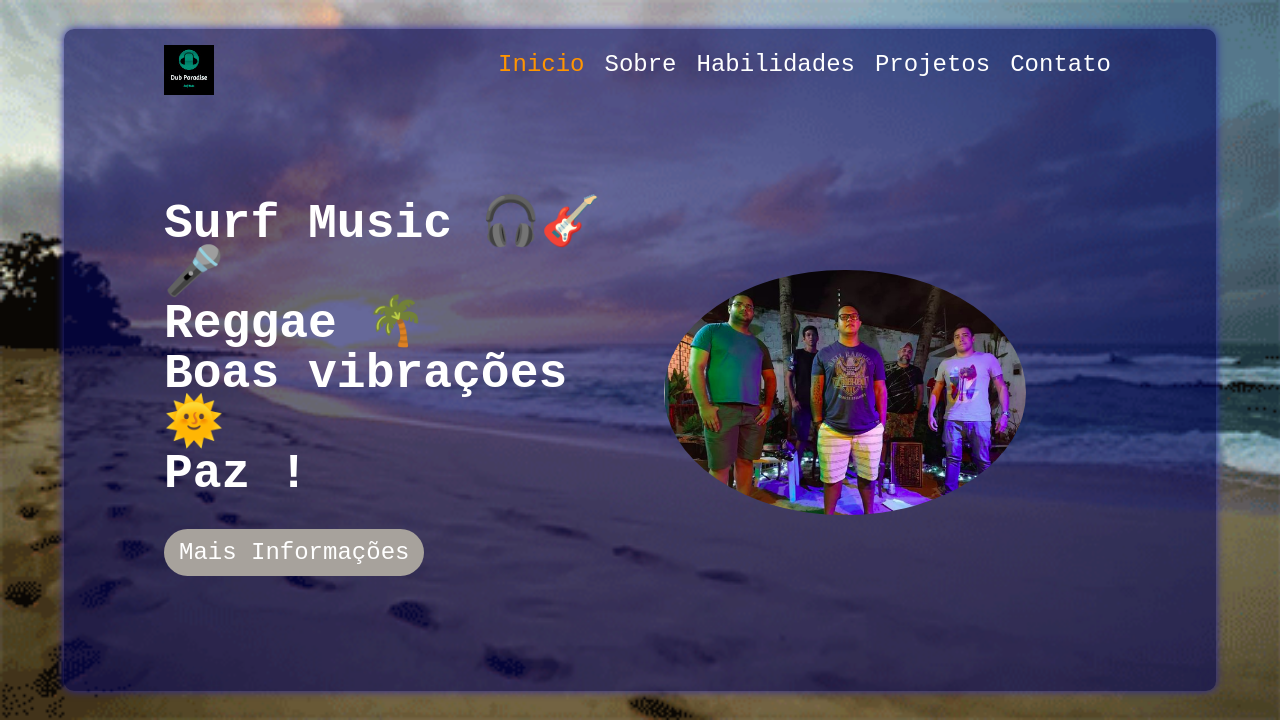
Repository: DubParadise/dubParadise
Page: /
The author's editor kept a copy of each file at every save. The page is drawn from the files as they stood at one save, then again after the next save.
The browser window is 1280 px wide. The pictures show the whole page.
The project was rebuilt for these pictures with package versions that can differ from the ones it lists, and the page was loaded fresh each time. Also part of the build but not shown: src/components/Sobre/style.css, src/components/Sobre/index.jsx, src/components/Skills/index.jsx, src/ObjProjects/index.jsx, src/components/ProjectsSlider/Arrows.jsx, src/components/ProjectsSlider/SliderContent.jsx, src/components/ProjectsSlider/slider.css, src/components/ProjectsSlider/Slider.jsx and 2 more.

Above is the page before, as saved 2021-04-17 11:53:42.

After the next save:
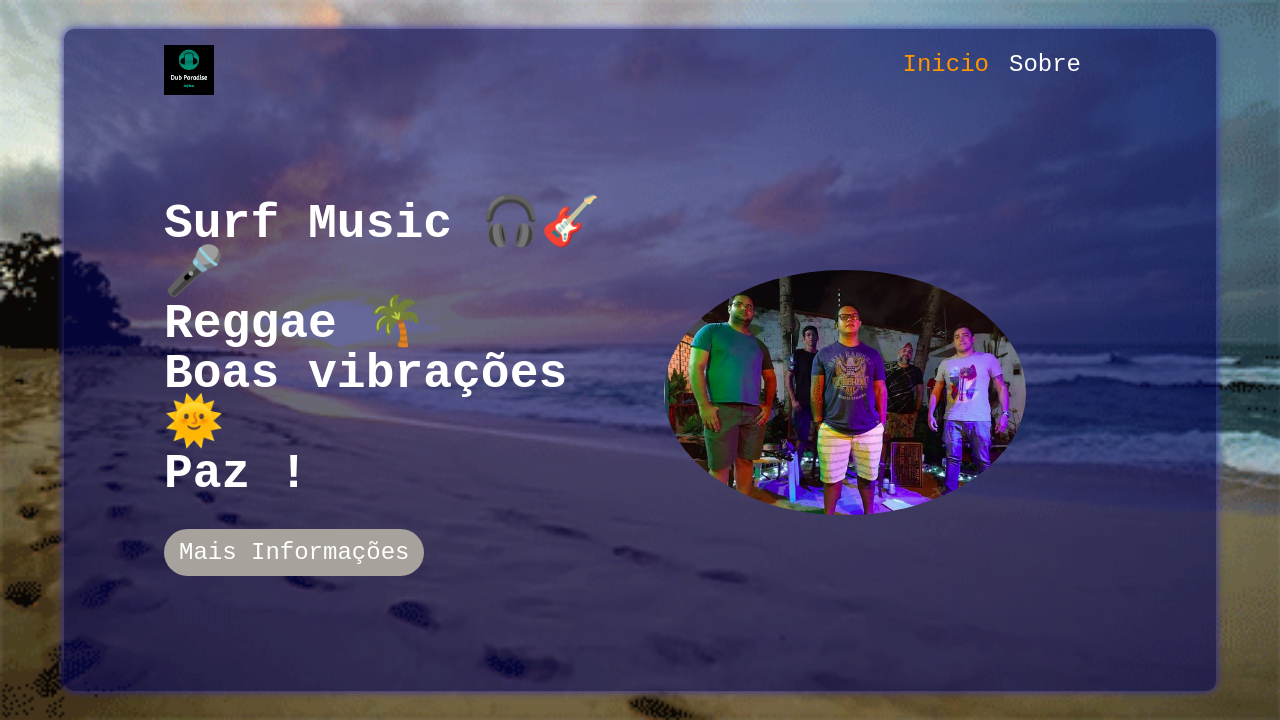
Saved 59 s later.
--- a/src/components/NavBar/index.jsx
+++ b/src/components/NavBar/index.jsx
@@ -79,7 +79,7 @@ const NavBar = () => {
               </Link>
             </li>
             <li>
-              <Link
+              {/* <Link
                 to="/habilidades"
                 style={{
                   color: location.pathname === "/habilidades" && "  #ff9500",
@@ -87,10 +87,10 @@ const NavBar = () => {
                 onClick={handleClose}
               >
                 Habilidades
-              </Link>
+              </Link> */}
             </li>
             <li>
-              <Link
+              {/* <Link
                 to="/projetos"
                 style={{
                   color: location.pathname === "/projetos" && "  #ff9500",
@@ -98,10 +98,10 @@ const NavBar = () => {
                 onClick={handleClose}
               >
                 Projetos
-              </Link>
+              </Link> */}
             </li>
             <li>
-              <Link
+              {/* <Link
                 to="/contato"
                 style={{
                   color: location.pathname === "/contato" && "  #ff9500",
@@ -109,7 +109,7 @@ const NavBar = () => {
                 onClick={handleClose}
               >
                 Contato
-              </Link>
+              </Link> */}
             </li>
           </ul>
         </div>
